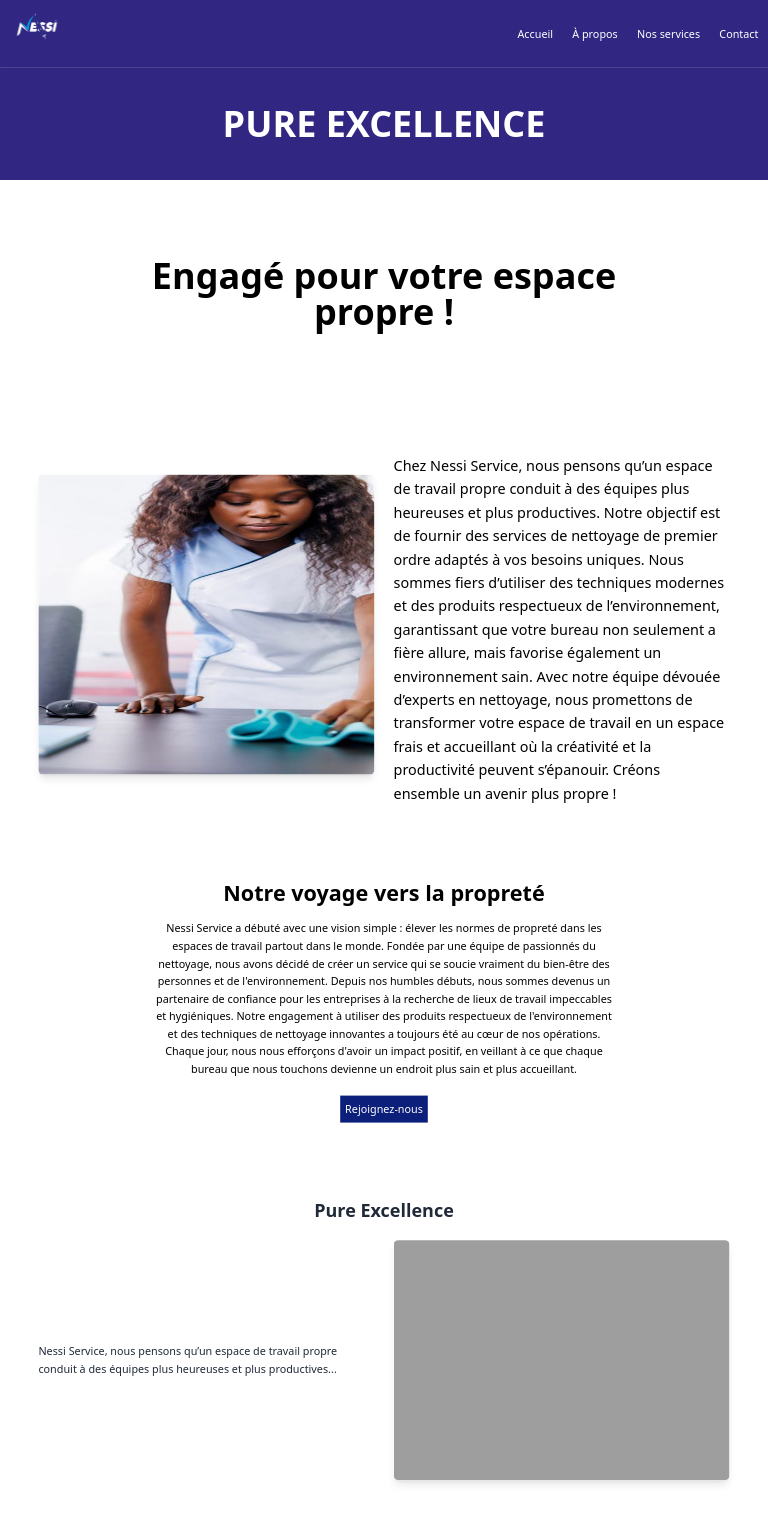
Repository: MDiouf9/Nessi
Page: /About
An editor plug-in stored every save of this project. The page is shown before and after the next save, followed by the edit.
The browser window is 1280 px wide. The pictures show the whole page, at 60% of full size.
Pictures or frames that could not be fetched are drawn as grey boxes. The project was rebuilt for these pictures with package versions that can differ from the ones it lists, and the page was loaded fresh each time. Also part of the build but not shown: vite.config.js, src/Global.css, src/App.css, src/components/Footer.jsx, src/Pages/Home.jsx, src/Pages/NotFound.jsx, src/components/Countries.jsx, src/Pages/Services.jsx and 1 more.

Above is the page before, as saved 2025-03-10 18:35:48.

### src/main.jsx
import { StrictMode } from 'react'
import { createRoot } from 'react-dom/client'
import './index.css'
import './Global.css'
import App from './App.jsx'

createRoot(document.getElementById('root')).render(
  <StrictMode>
    <App />
  </StrictMode>,
)

### src/index.css
@tailwind base;
@tailwind components;
@tailwind utilities;
























/* :root {
  font-family: Inter, system-ui, Avenir, Helvetica, Arial, sans-serif;
  line-height: 1.5;
  font-weight: 400;

  color-scheme: light dark;
  color: rgba(255, 255, 255, 0.87);
  background-color: #242424;

  font-synthesis: none;
  text-rendering: optimizeLegibility;
  -webkit-font-smoothing: antialiased;
  -moz-osx-font-smoothing: grayscale;
}

a {
  font-weight: 500;
  color: #646cff;
  text-decoration: inherit;
}
a:hover {
  color: #535bf2;
}

body {
  margin: 0;
  display: flex;
  place-items: center;
  min-width: 320px;
  min-height: 100vh;
}

h1 {
  font-size: 3.2em;
  line-height: 1.1;
}

button {
  border-radius: 8px;
  border: 1px solid transparent;
  padding: 0.6em 1.2em;
  font-size: 1em;
  font-weight: 500;
  font-family: inherit;
  background-color: #1a1a1a;
  cursor: pointer;
  transition: border-color 0.25s;
}
button:hover {
  border-color: #646cff;
}
button:focus,
button:focus-visible {
  outline: 4px auto -webkit-focus-ring-color;
}

@media (prefers-color-scheme: light) {
  :root {
    color: #213547;
    background-color: #ffffff;
  }
  a:hover {
    color: #747bff;
  }
  button {
    background-color: #f9f9f9;
  }
} */

### src/App.jsx

import { BrowserRouter , Routes, Route  } from "react-router-dom"
// import reactLogo from './assets/react.svg'
// import viteLogo from '/vite.svg'
import './App.css'
import Home from './Pages/Home'
import NotFound from './Pages/NotFound'
import About from './Pages/About'
import Countries from './components/Countries'
import Services from './Pages/Services'
import Contact from './Pages/Contact'


function App() {

  return (
    <>
     <BrowserRouter>
      <Routes>
        <Route path="/"  element={<Home />} />
        <Route path='/About' element={<About/>} />
        <Route path='/Services' element={<Services/>} />
        <Route path='/Contact' element={<Contact/>} />
        <Route path='/Countries' element={<Countries/>} />
        <Route path='*' element={<NotFound/>} />
      </Routes>
    </BrowserRouter>

    </>
  )
}

export default App

### src/Pages/About.jsx

import Header from '../components/Header'
import SectionWithImage from '../components/Sectionlesft'
import regulier from "../assets/fememenage.png";
import SectionWithTitle from '../components/SectionTitle';
import OurJourneySection from '../components/SectionTexte';


const About = () => {
  return (
    <div>

        <Header/>
        <section className="bg-[#312783] text-white py-16 flex justify-center items-center">
      <h1 className="text-4xl md:text-6xl font-bold">PURE EXCELLENCE</h1>
    </section>
    {/* section 2 */}
    <section className=" text-white py-16 flex justify-center items-center">
      <h1 className="text-4xl md:text-6xl font-bold"> <section className=" text-black py-16 flex justify-center items-center">
      <h1 className="text-4xl md:text-6xl font-bold text-center">Engagé pour votre espace <br /> propre !</h1>
    </section></h1>
    </section>

        <SectionWithImage
             imageSrc={regulier} // Image à afficher
             altText="Nettoyage en action" // Texte alternatif
             title="" // Titre de la section
             content="Chez Nessi Service, nous pensons qu’un espace de travail propre conduit à des équipes plus heureuses et plus productives. Notre objectif est de fournir des services de nettoyage de premier ordre adaptés à vos besoins uniques. Nous sommes fiers d’utiliser des techniques modernes et des produits respectueux de l’environnement, garantissant que votre bureau non seulement a fière allure, mais favorise également un environnement sain. Avec notre équipe dévouée d’experts en nettoyage, nous promettons de transformer votre espace de travail en un espace frais et accueillant où la créativité et la productivité peuvent s’épanouir. Créons ensemble un avenir plus propre !"
           />

<OurJourneySection />


<SectionWithTitle
  imageSrc="ton_image.png"
  altText="Nettoyage professionnel"
  title="Pure Excellence"
  content=" Nessi Service, nous pensons qu’un espace de travail propre conduit à des équipes plus heureuses et plus productives..."
/>

    </div>
  )
}

export default About

### src/components/Header.jsx
import  { useState } from "react";
import { Link } from "react-router-dom";
import logo from "../assets/logo1.png";

const navLinks = [
  { name: "Accueil", path: "/" },
  { name: "À propos", path: "/about" },
  { name: "Nos services", path: "/services" },
  { name: "Contact", path: "/contact" }
];

const Header = () => {
  const [isMenuOpen, setIsMenuOpen] = useState(false); // État pour gérer l'ouverture du menu mobile

  return (
    <header className="bg-[#312783] text-white p-4 shadow-lg">
      <div className="container mx-auto flex justify-between items-center">
        {/* Logo */}
        <img src={logo} alt="Logo" className="h-20" />

        {/* Menu burger pour mobile */}
        <button
          className="lg:hidden text-white text-2xl"
          onClick={() => setIsMenuOpen(!isMenuOpen)}
          aria-label="Toggle Menu"
        >
          {isMenuOpen ? (
            <span>&#10005;</span>  // Croix de fermeture du menu
          ) : (
            <span>&#9776;</span>  // Icône hamburger
          )}
        </button>

        {/* Navigation */}
        <nav className={`lg:flex ${isMenuOpen ? "block" : "hidden"} lg:bg-transparent bg-[#312783]`}>
          <ul className="lg:flex lg:space-x-8 flex-col lg:flex-row space-y-4 lg:space-y-0 p-6 lg:p-0">
            {navLinks.map((link, index) => (
              <li key={index} className="relative">
                <Link
                  to={link.path}
                  className="hover:text-gray-300 text-lg transition-colors duration-300 ease-in-out"
                >
                  {link.name}
                </Link>
                {/* Ajouter une barre sous le lien actif */}
              </li>
            ))}
          </ul>
        </nav>
      </div>


    </header>
  );
};

export default Header;

### src/components/Sectionlesft.jsx
const SectionWithImage = ({ imageSrc, altText, title, content }) => {
    return (
      <section className="bg-white py-16 px-6 md:px-16">
        <div className="container mx-auto flex flex-col md:flex-row items-center gap-8">
          {/* Image à gauche */}
          <div className="md:w-1/2 flex justify-aound items-center">
            <img src={imageSrc} alt={altText} className="w-full h-full max-h-[500px] object-center  rounded-lg shadow-lg" />
          </div>

          {/* Texte à droite */}
          <div className="md:w-1/2 flex flex-col justify-center h-full">
            <h2 className="text-3xl font-bold mb-4">{title}</h2>
            <p className="text-2xl leading-relaxed">{content}</p>
          </div>
        </div>
      </section>
    );
  };

  export default SectionWithImage;

### src/components/SectionTitle.jsx
const SectionWithTitle = ({ imageSrc, altText, title, content }) => {
    return (
      <section className="bg-white py-16 px-6 md:px-16">
        <div className="container mx-auto text-center mb-8">
          <h2 className="text-3xl font-bold text-gray-800">{title}</h2>
        </div>

        <div className="container mx-auto flex flex-col md:flex-row items-center gap-8">
          {/* Texte à gauche */}
          <div className="md:w-1/2 flex flex-col justify-center h-full text-gray-800">
            <p className="text-lg leading-relaxed">{content}</p>
          </div>

          {/* Image à droite */}
          <div className="md:w-1/2 flex justify-center items-center">
            <img src={imageSrc} alt={altText} className="w-full h-full max-h-[400px] object-cover rounded-lg shadow-lg" />
          </div>
        </div>
      </section>
    );
  };

  export default SectionWithTitle;

### src/components/SectionTexte.jsx
const OurJourneySection = () => {
    return (
      <section className=" text-black py-16 px-6 md:px-16">
        <div className="container mx-auto text-center">
          {/* Titre */}
          <h2 className="text-4xl font-bold mb-6">Notre voyage vers la propreté</h2>

          {/* Texte */}
          <p className="text-lg leading-relaxed max-w-3xl mx-auto">
            Nessi Service a débuté avec une vision simple : élever les normes de propreté dans les espaces de travail partout dans le monde.
            Fondée par une équipe de passionnés du nettoyage, nous avons décidé de créer un service qui se soucie vraiment du bien-être des personnes et de l'environnement.
            Depuis nos humbles débuts, nous sommes devenus un partenaire de confiance pour les entreprises à la recherche de lieux de travail impeccables et hygiéniques.
            Notre engagement à utiliser des produits respectueux de l'environnement et des techniques de nettoyage innovantes a toujours été au cœur de nos opérations.
            Chaque jour, nous nous efforçons d'avoir un impact positif, en veillant à ce que chaque bureau que nous touchons devienne un endroit plus sain et plus accueillant.
            <br /> <br />
             <button className="left bg-[#0B1F7B] p-2 text-white">Rejoignez-nous</button>
          </p>
        </div>
      </section>
    );
  };

  export default OurJourneySection;

Loaded but not shown: index.html (common file); tailwind.config.js (common file)

After the next save:
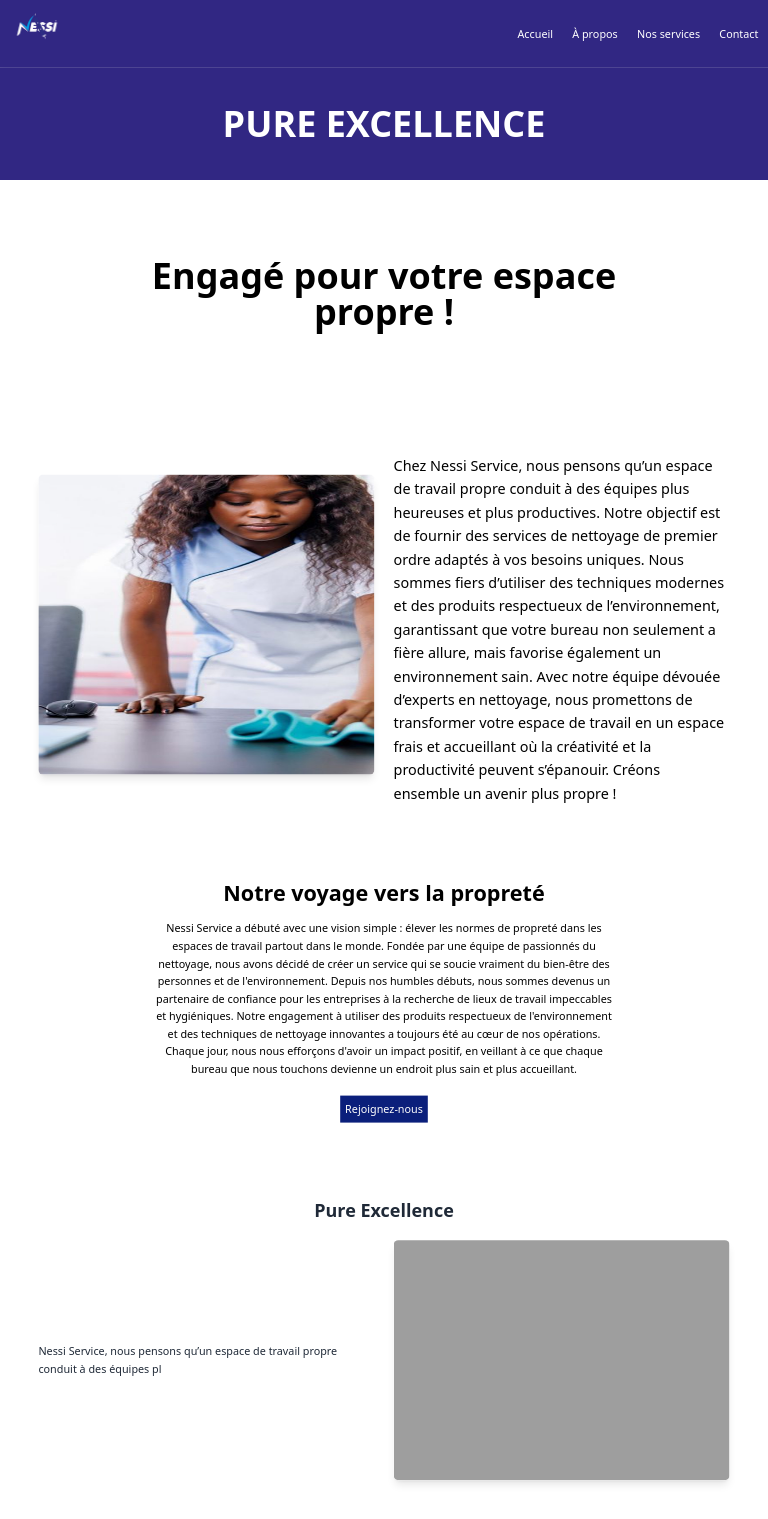
Saved 15 s later.
--- a/src/Pages/About.jsx
+++ b/src/Pages/About.jsx
@@ -35,7 +35,7 @@ const About = () => {
   imageSrc="ton_image.png"
   altText="Nettoyage professionnel"
   title="Pure Excellence"
-  content=" Nessi Service, nous pensons qu’un espace de travail propre conduit à des équipes plus heureuses et plus productives..."
+  content=" Nessi Service, nous pensons qu’un espace de travail propre conduit à des équipes pl"
 />
 
     </div>
